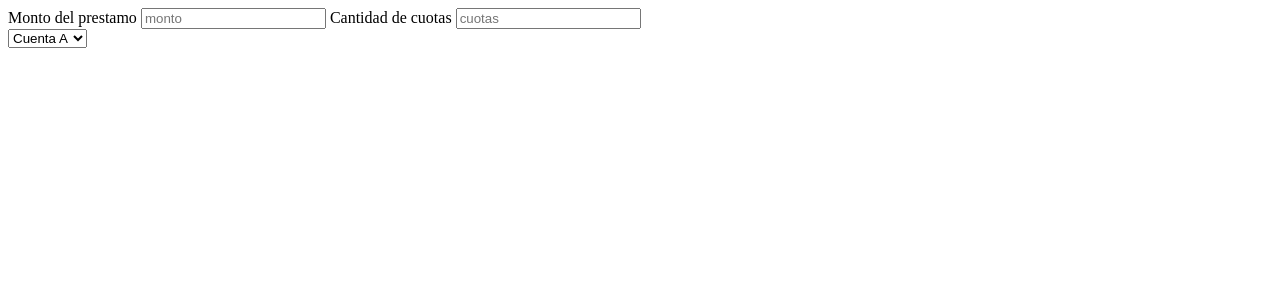
Repository: oskiman18/TP-Final
Page: http://localhost/Tp_integrador_grupo_2/historial.jsp
An editor plug-in stored every save of this project. The page is shown before and after the next save, followed by the edit.
The browser window is 1280 px wide. The pictures show the whole page.
The page is served by Tomcat 9.

Above is the page before, as saved 2021-06-24 21:24:35.

### Tp_integrador_grupo_2/src/main/webapp/historial.jsp
<%@ page language="java" contentType="text/html; charset=ISO-8859-1"
    pageEncoding="ISO-8859-1"%>
<!DOCTYPE html>
<html>
<head>
<meta charset="ISO-8859-1">
<title> Home </title>
</head>

	<body>
			<div>
				<label for='monto'>Monto del prestamo</label>
				<input name='monto' type='number' placeholder='monto'>

				<label for='cuotas'>Cantidad de cuotas</label>
				<input name='cuotas' type='number' placeholder='cuotas'>
			</div>

			<div>
				<select>
					<option value='1'>Cuenta A</option>
					<option value='2'> Cuenta B </option>
					<option value='3'> Cuenta C </option>
				</select>
			</div>
	</body>

</html>

After the next save:
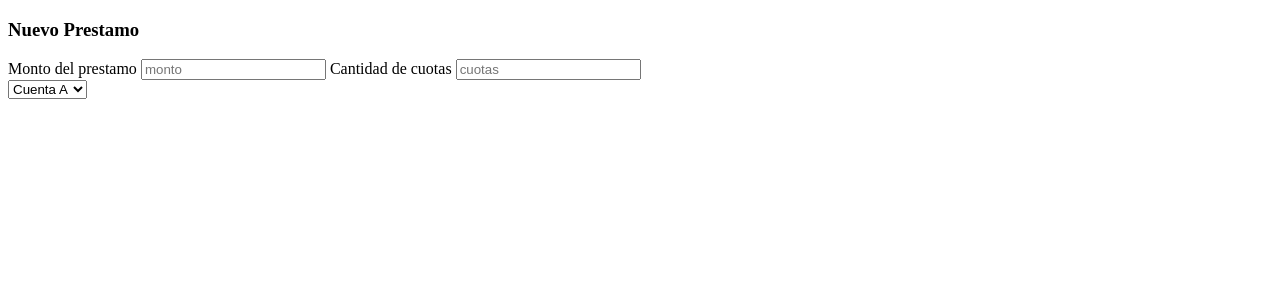
Saved 66 s later.
--- a/Tp_integrador_grupo_2/src/main/webapp/historial.jsp
+++ b/Tp_integrador_grupo_2/src/main/webapp/historial.jsp
@@ -4,10 +4,11 @@
 <html>
 <head>
 <meta charset="ISO-8859-1">
-<title> Home </title>
+<title> Nuevo Prestamo </title>
 </head>
 
 	<body>
+	<h3>Nuevo Prestamo</h3>
 			<div>
 				<label for='monto'>Monto del prestamo</label>
 				<input name='monto' type='number' placeholder='monto'>
